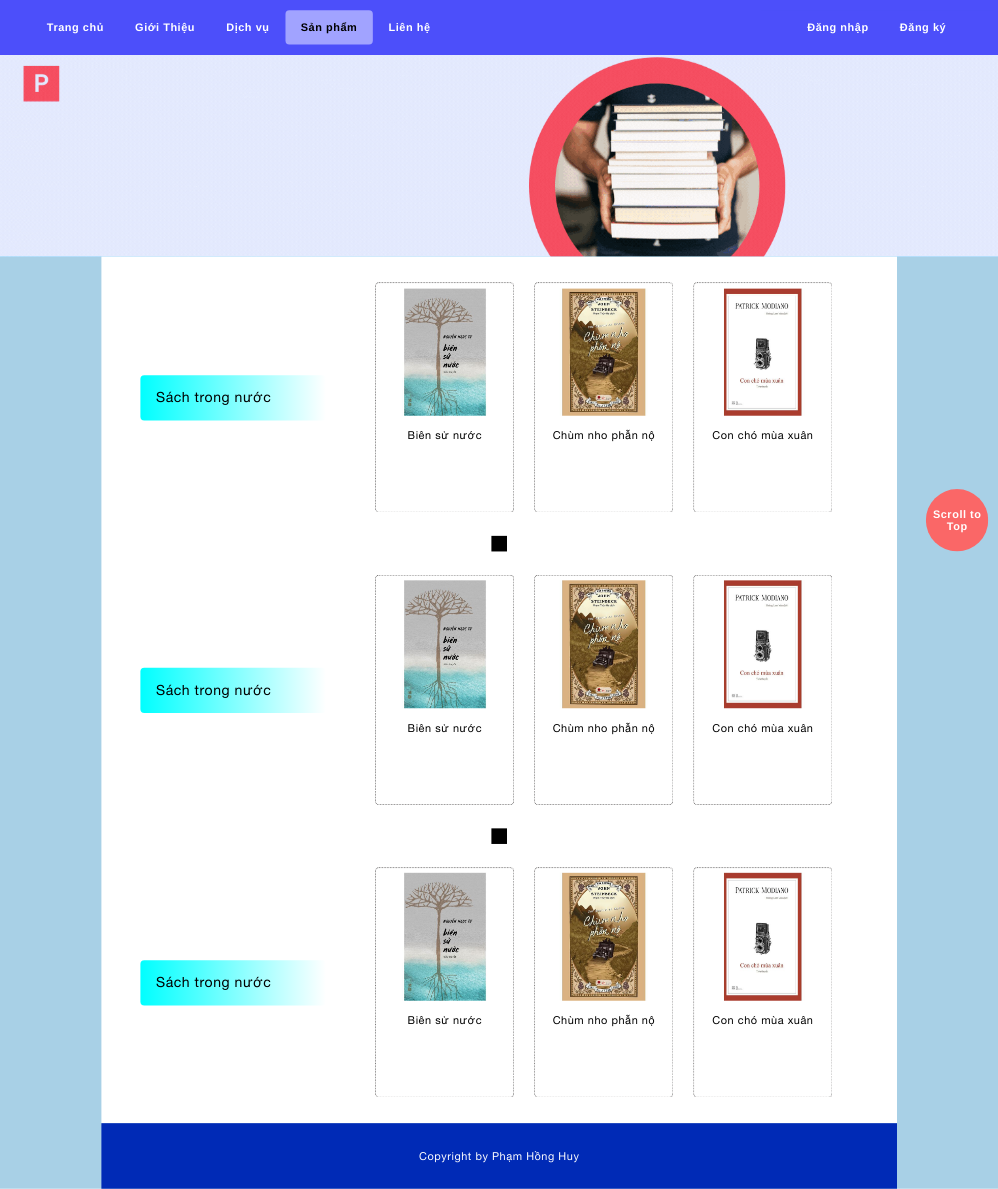
Repository: phamhonghuy/bookstore
Page: product.html
An editor plug-in stored every save of this project. The page is shown before and after the next save, followed by the edit.
The browser window is 1280 px wide. The pictures show the whole page, at 78% of full size.

Above is the page before, as saved 2021-10-14 23:27:05.

After the next save:
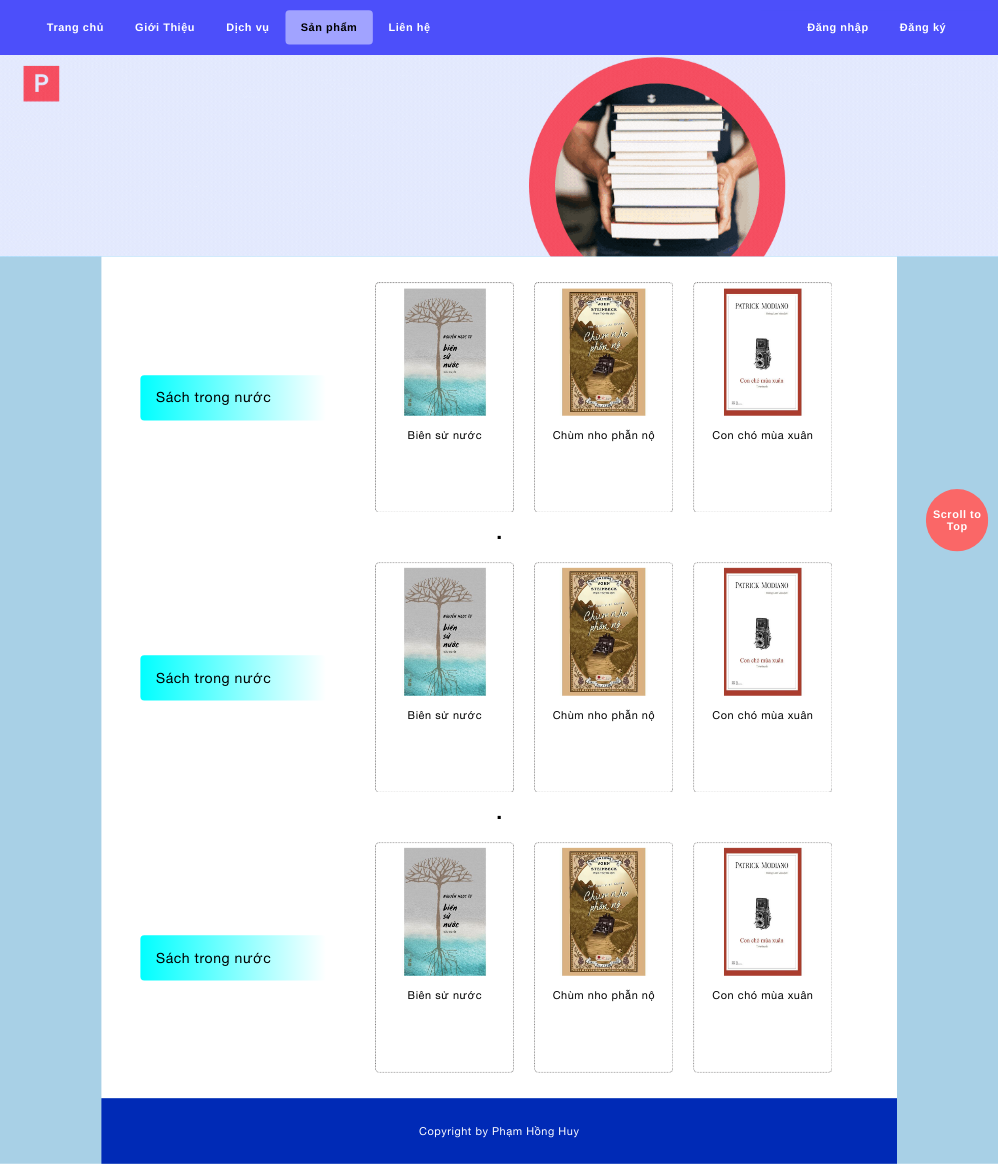
Saved 13 s later.
--- a/css/style.css
+++ b/css/style.css
@@ -251,7 +251,7 @@ div.main-product-container {
     flex-wrap:nowrap;
   }
 div.main-product-container hr{
-  border: 10px solid rgb(0, 0, 0);
+  border: 2px solid rgb(0, 0, 0);
   }
 div.product-container {
     width: 100%;
